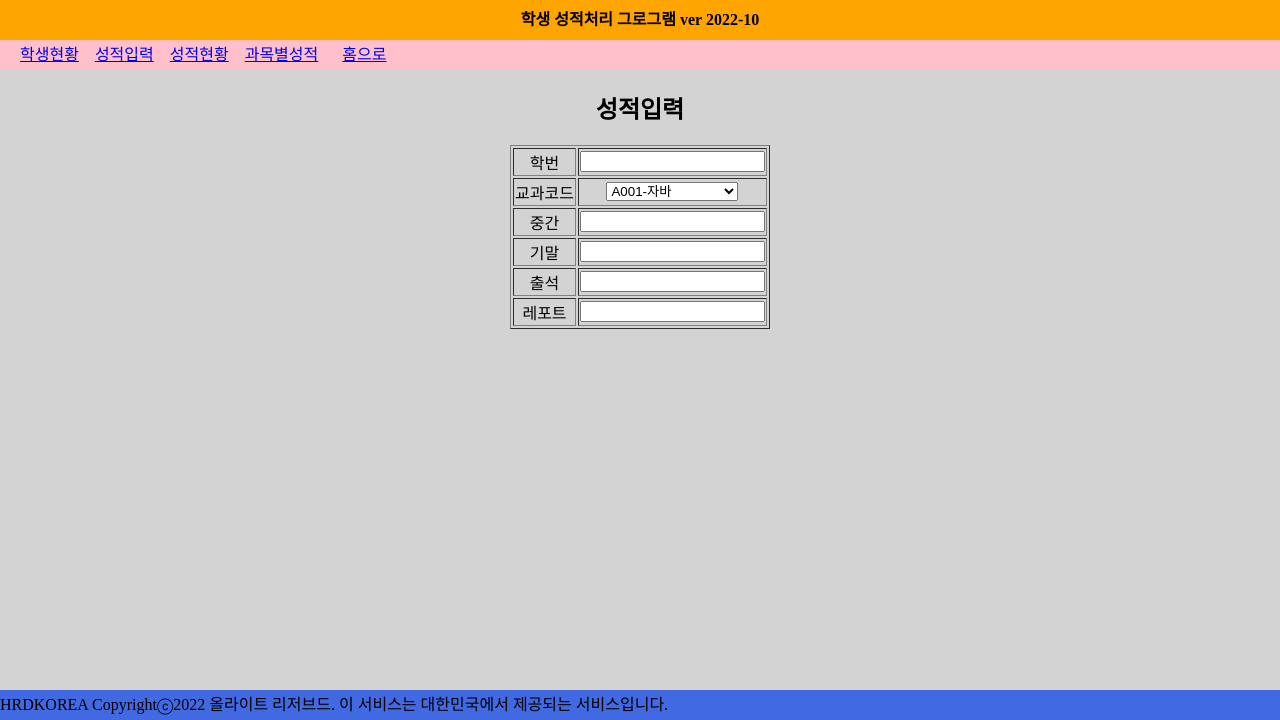
Repository: GotChun/license_practice
Page: http://localhost/HRD_0525/insert.jsp
An editor plug-in stored every save of this project. The page is shown before and after the next save, followed by the edit.
The browser window is 1280 px wide. The pictures show the whole page.
The page is served by Tomcat 9.

Above is the page before, as saved 2025-02-22 13:16:14.

After the next save:
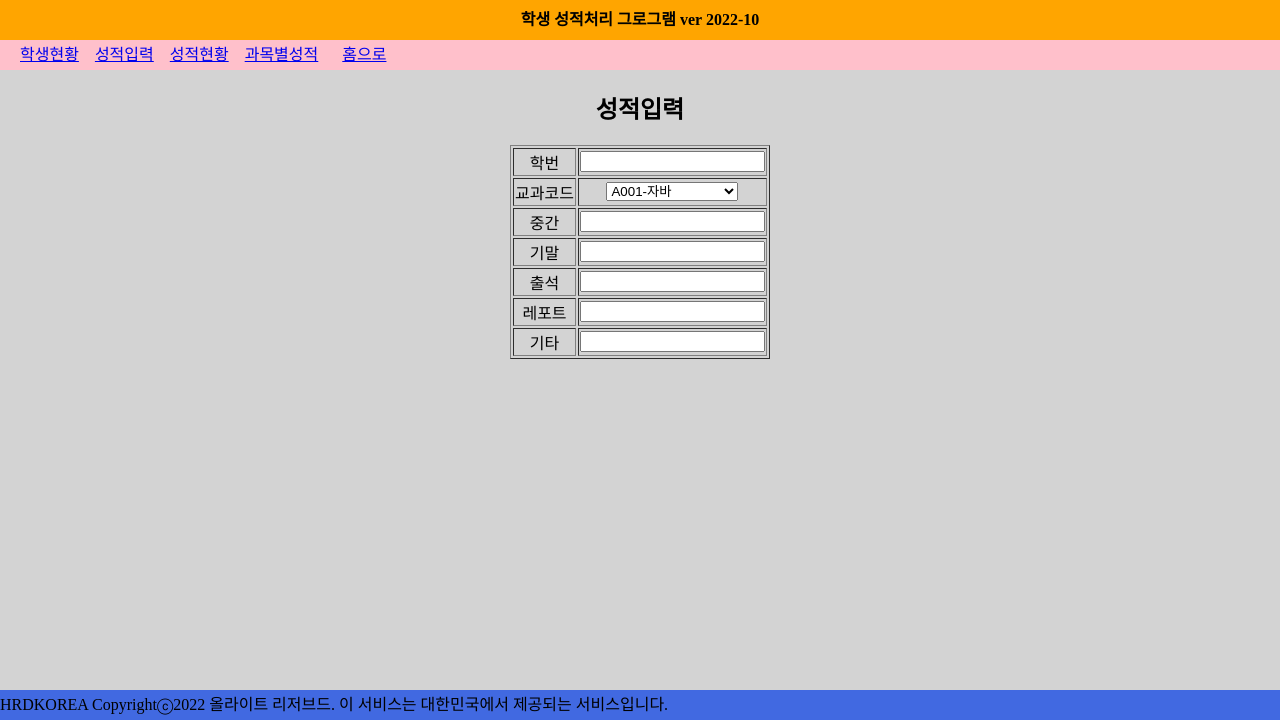
Saved 7 s later.
--- a/HRD_0525/src/main/webapp/insert.jsp
+++ b/HRD_0525/src/main/webapp/insert.jsp
@@ -43,6 +43,10 @@
 		<td>레포트</td>
 		<td><input type="text" name="report"> </td>
 	</tr>
+	<tr>
+		<td>기타</td>
+		<td><input type="text" name="etc"> </td>
+	</tr>
 </table>
 </form>
 
